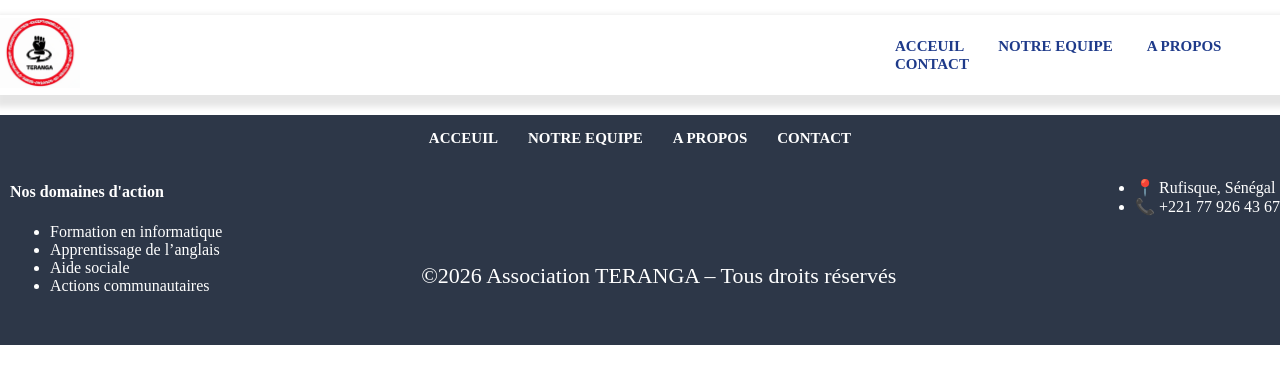
Repository: assanendao171/projet-teranga
Page: equipe.html
The author's editor kept a copy of each file at every save. The page is drawn from the files as they stood at one save, then again after a run of saves.
The browser window is 1280 px wide. The pictures show the whole page.

Above is the page before, as saved 2026-02-14 15:03:10.

After the next 4 saves:
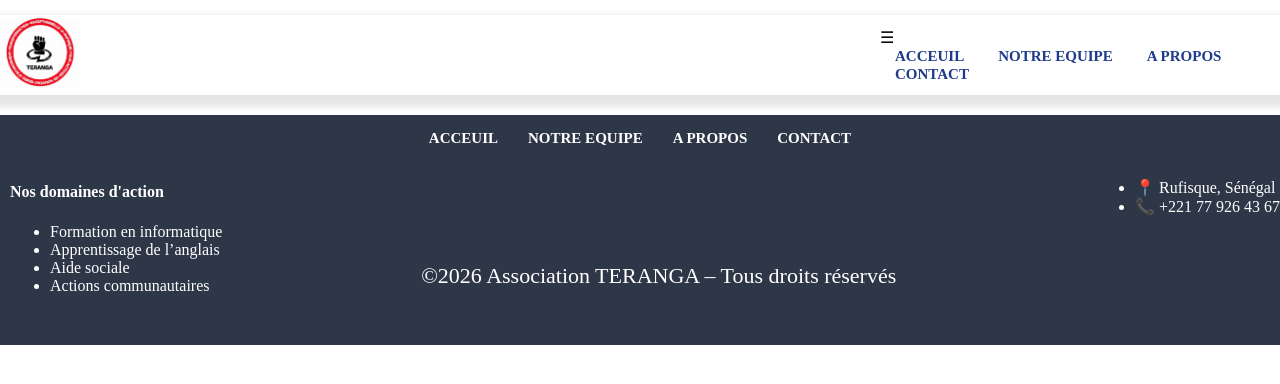
The 4 saves are shown as one change because they came seconds apart.
The last was saved 22 s later.
--- a/equipe.html
+++ b/equipe.html
@@ -14,8 +14,11 @@
       <div class="contain-logo">
         <img src="image/logo.jpeg" alt="" class="logo" />
       </div>
+            <div class="btn-nav">
+            <div class="menu-toggle" id="menu-toggle">
+        ☰
       <div class="btn-nav">
-        <nav>
+        <nav id="navMenu">
           <a href="index.html" target="_blank">ACCEUIL</a>
           <a href="equipe.html" target="_blank">NOTRE EQUIPE</a>
           <a href="propos.html" target="_blank">A PROPOS</a>
